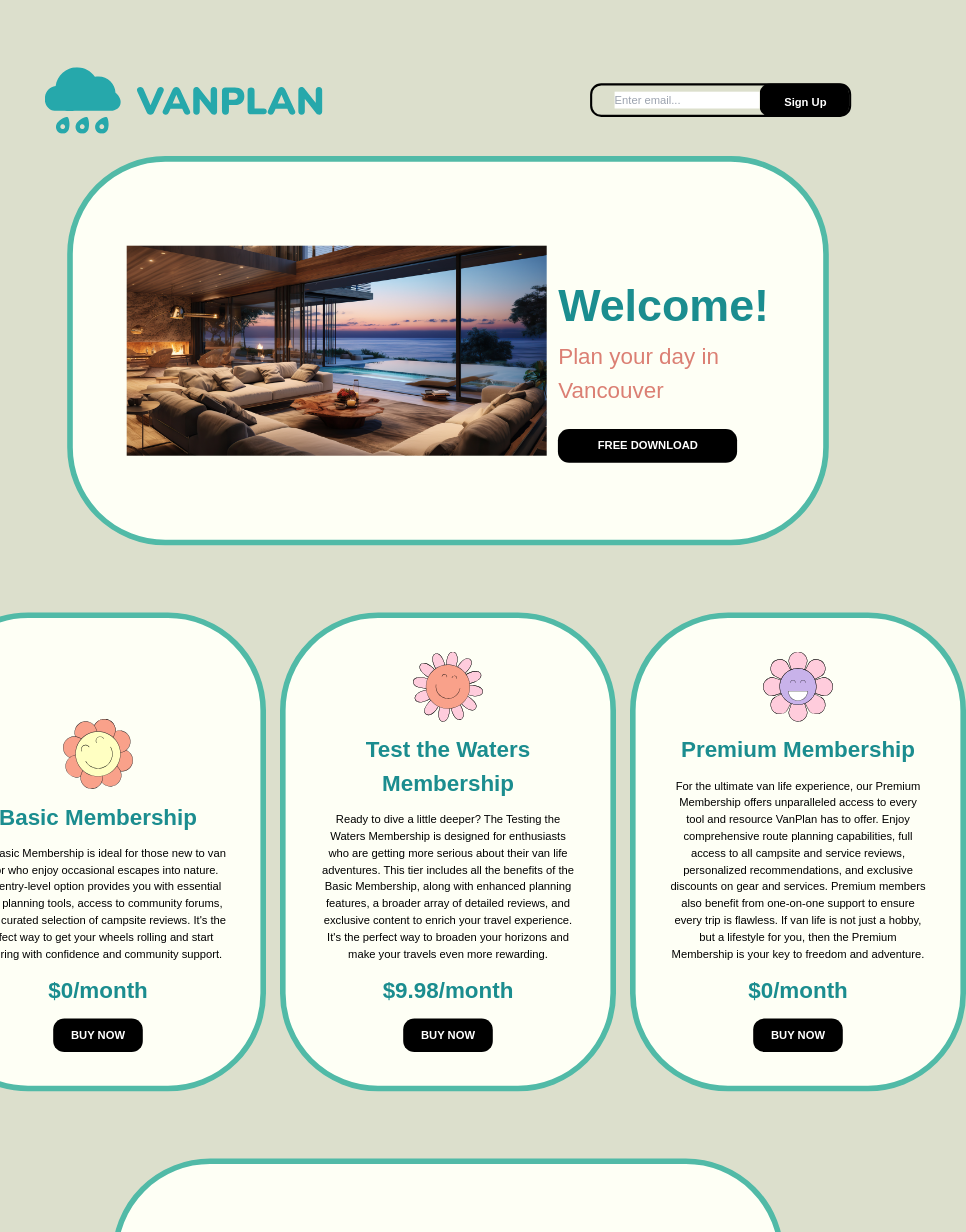
Repository: SaraShio/landing-page
Page: /
An editor plug-in stored every save of this project. The page is shown before and after the next save, followed by the edit.
The browser window is 1280 px wide. The page is 1380 px wide, so the pictures cover 1380 px, including what lies to the right of the window. The pictures show the part of the page from y = 0 to 1760 px (the page is 2624 px tall), at 70% of full size.
The project was rebuilt for these pictures with package versions that can differ from the ones it lists, and the page was loaded fresh each time. The framework's server and built-in components were replaced by stand-ins that run in the browser. Also part of the build but not shown: next.config.mjs.

Above is the page before, as saved 2024-03-08 22:22:22.

After the next save:
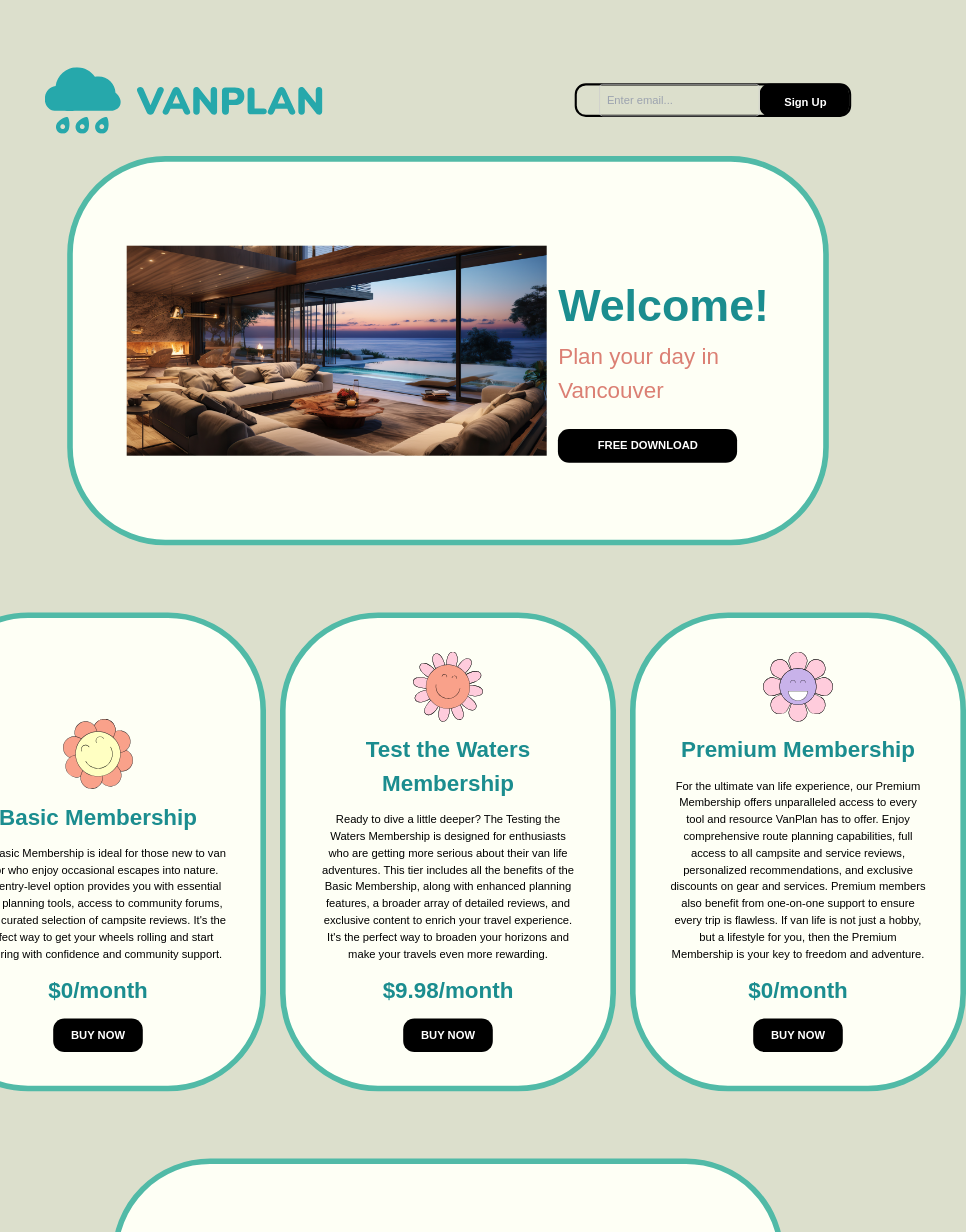
Saved 108 s later.
--- a/components/Header/Header.module.css
+++ b/components/Header/Header.module.css
@@ -27,3 +27,17 @@
     height: 3rem;
     padding-left: 2rem;
   }
+
+  .input_container input {
+    background: none; /* Remove any background */
+    border: 1px solid #ccc; /* Add a subtle border, change color as needed */
+    padding: 10px; /* Add some padding */
+    border-radius: 5px; /* Optional: round the corners */
+    color: inherit; /* Use the inherited font color */
+    outline: none; /* Remove the blue outline on focus */
+}
+
+.input_container input:focus {
+    border-color: #777; /* Change the border color when input is focused, adjust as needed */
+    box-shadow: none; /* Remove any default browser focus styles */
+}
